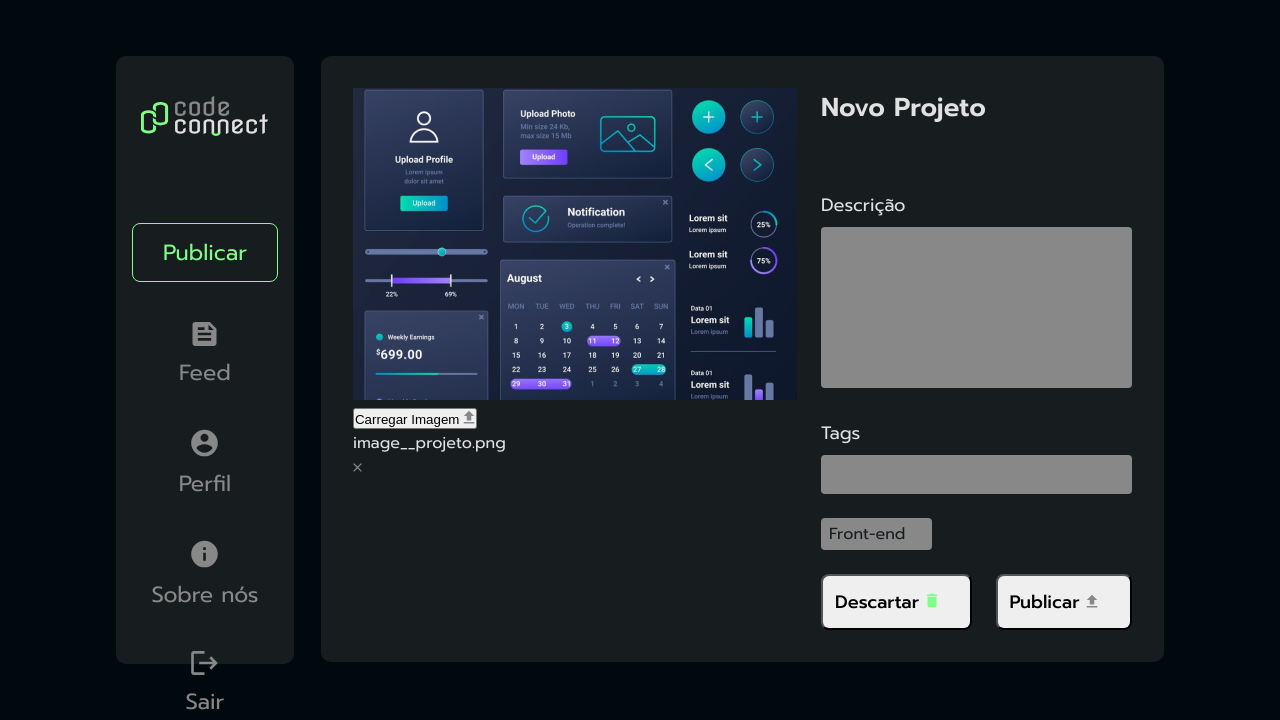
Repository: joaoPraiaJunior/async_await
Page: index.html
These files come from the project's save history. The page is drawn as it stood at one moment and after the next save; the edit follows.
The browser window is 1280 px wide. The pictures show the whole page.

Above is the page before, as saved 2024-08-24 19:43:11.

After the next save:
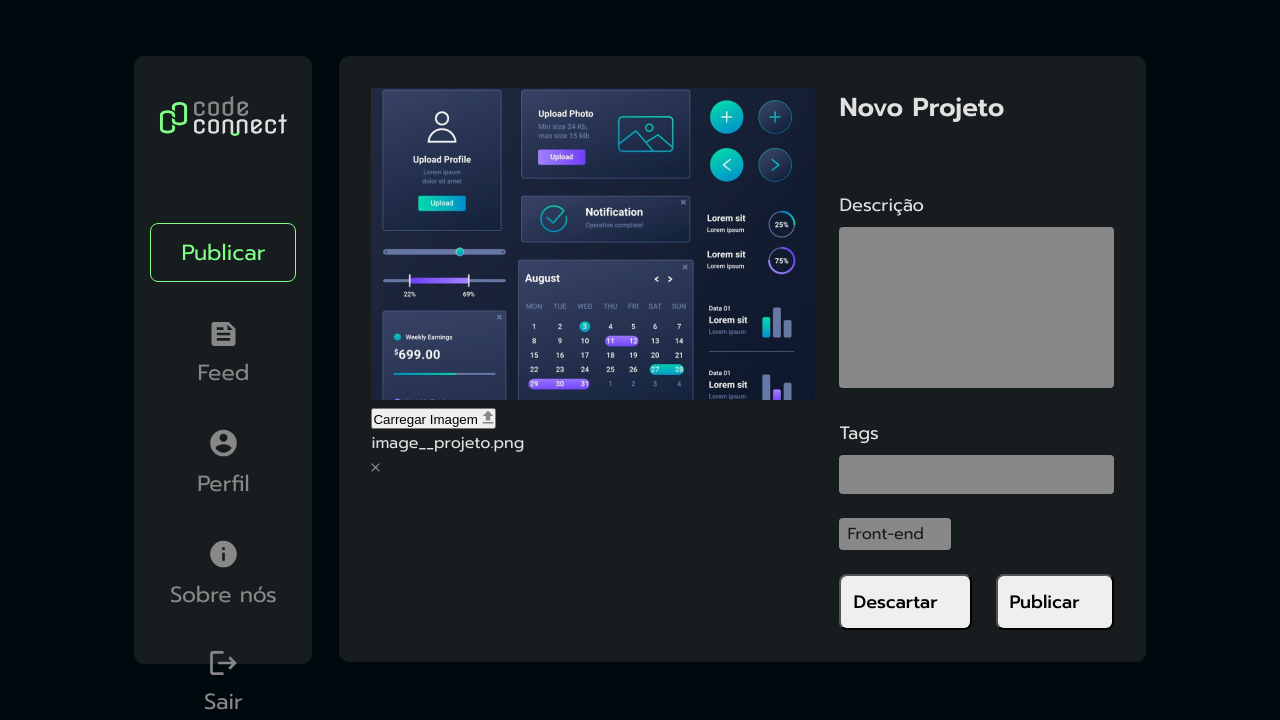
Saved 40 s later.
--- a/index.html
+++ b/index.html
@@ -63,8 +63,8 @@
                 </ul>
 
                 <div class="c-formulario__botoes">
-                    <button class="c-formulario__botao">Descartar <img src="./img/trash.svg" aria-hidden="true" alt></button>
-                    <button class="c-formulario__botao">Publicar <img src="./img/upload.svg" aria-hidden="true" alt></button>
+                    <button class="c-formulario__botao">Descartar</button>
+                    <button class="c-formulario__botao">Publicar</button>
                 </div>
             </form>
         </div>
